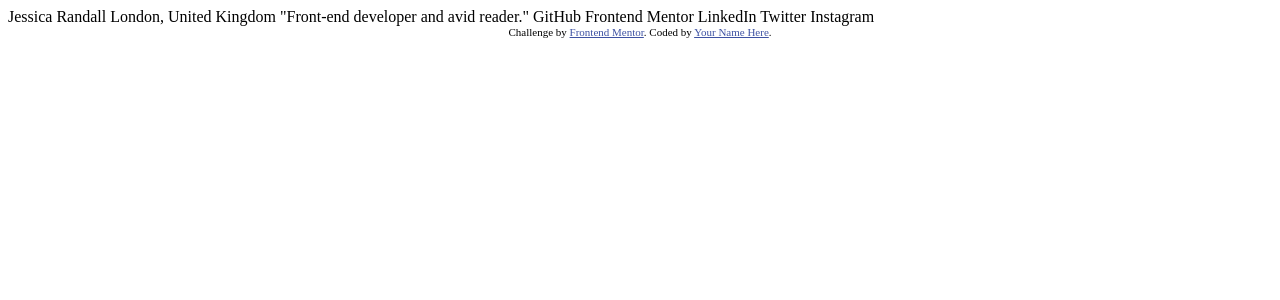
Repository: RudyJ/social-links-profile
Page: index.html
These files come from the project's save history. The page is drawn as it stood at one moment and after the next save; the edit follows.
The browser window is 1280 px wide. The pictures show the whole page.

Above is the page before, as saved 2024-04-02 19:10:01.

After the next save:
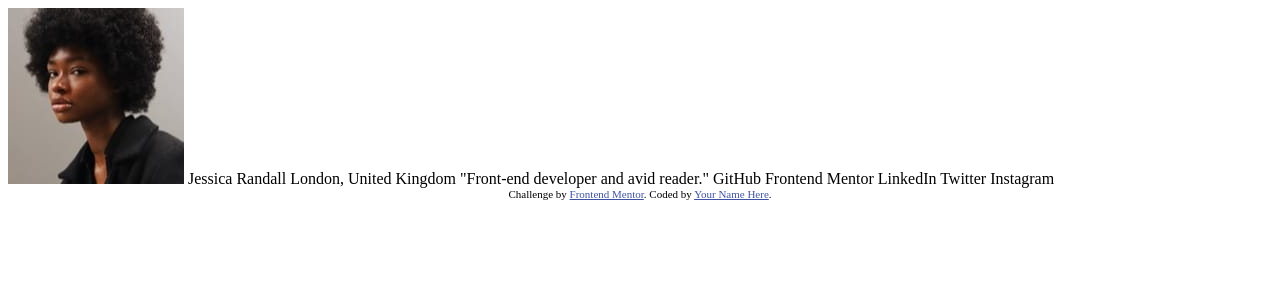
Saved 80 s later.
--- a/index.html
+++ b/index.html
@@ -17,6 +17,8 @@
 </head>
 <body>
 
+  <img src="./assets/images/avatar-jessica.jpeg" />
+
   Jessica Randall
   London, United Kingdom
   "Front-end developer and avid reader."
